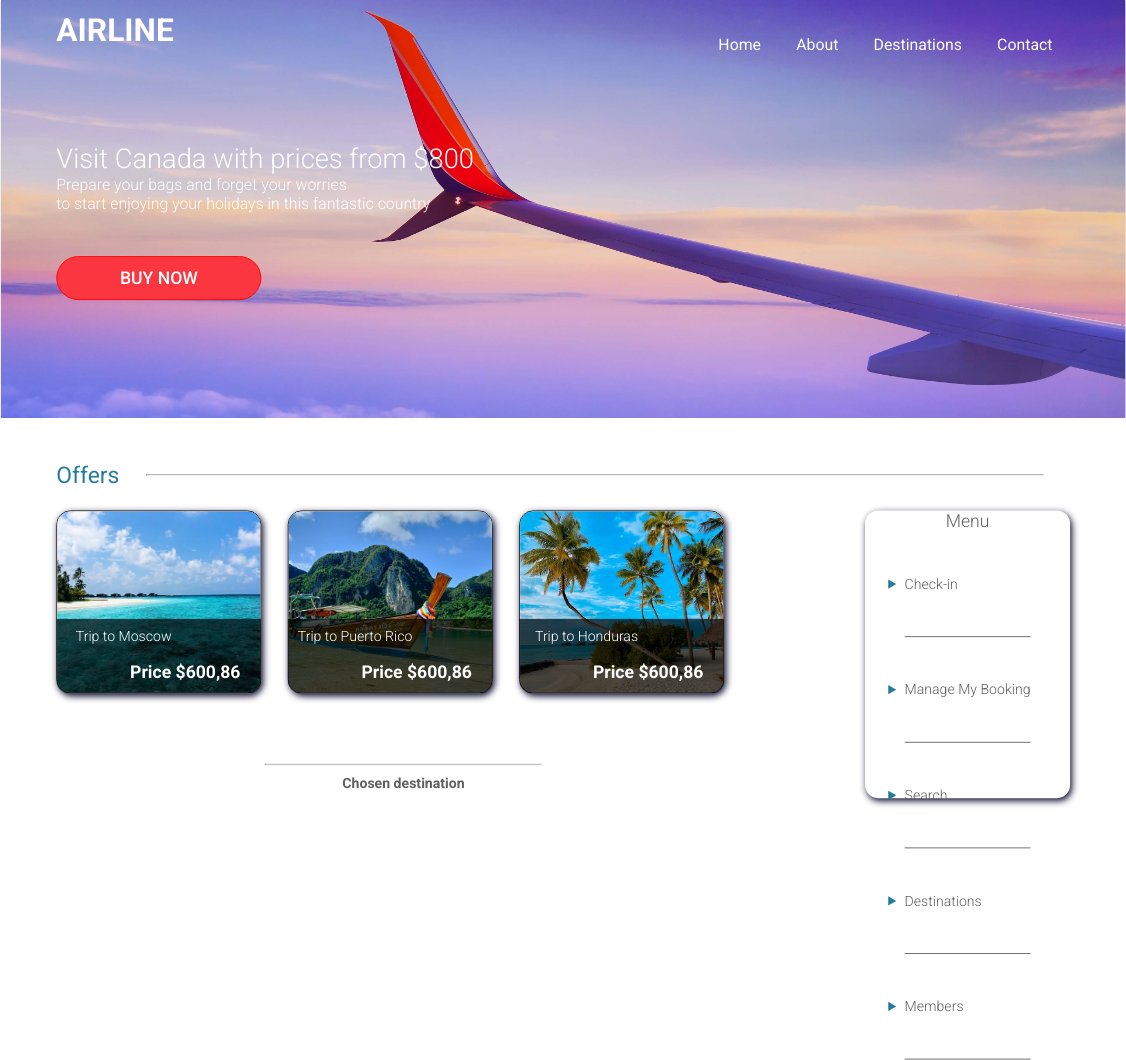
Repository: Cherced/AIRLINES
Page: /
An editor plug-in stored every save of this project. The page is shown before and after the next save, followed by the edit.
The browser window is 1280 px wide. The pictures show the whole page, at 88% of full size.
The project was rebuilt for these pictures with package versions that can differ from the ones it lists, and the page was loaded fresh each time. The framework's server and built-in components were replaced by stand-ins that run in the browser. Also part of the build but not shown: components/atoms/Footer/SocialMedia.jsx, components/atoms/Footer/MoreToUs.jsx, components/molecules/Footer.jsx.

Above is the page before, as saved 2022-06-30 15:00:17.

After the next save:
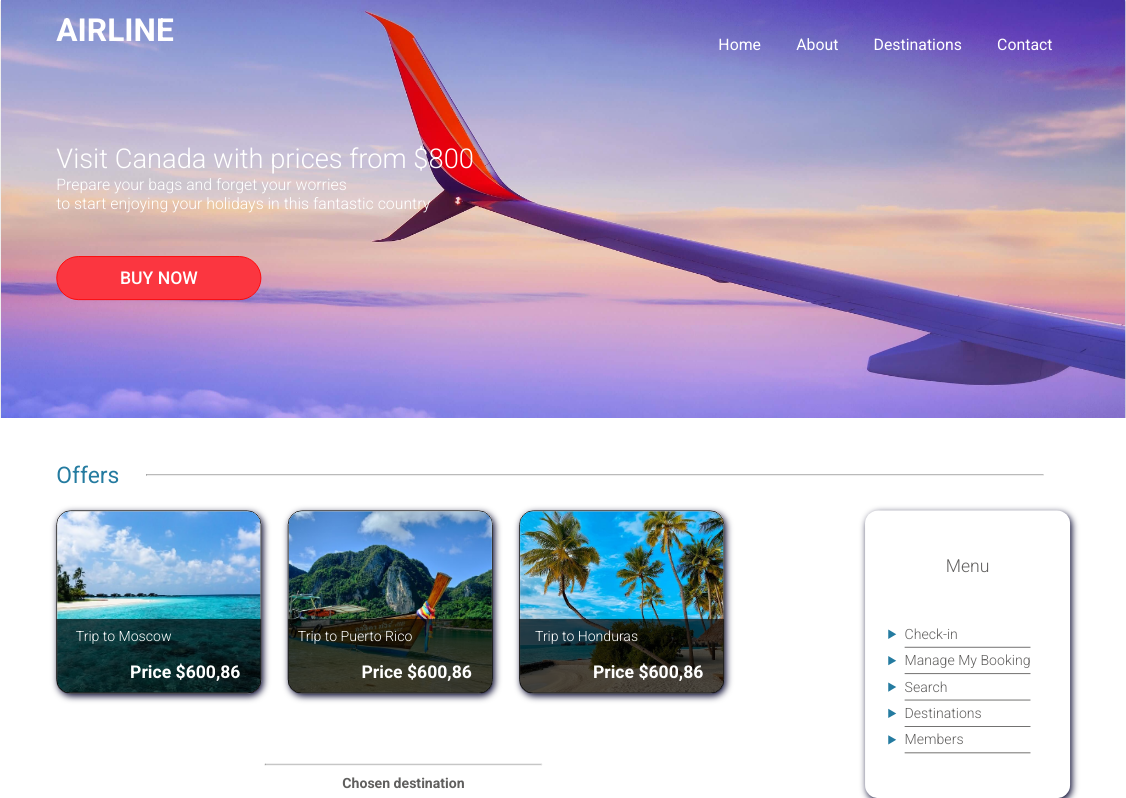
Saved 9 s later.
--- a/sass/Elements/_offerts.scss
+++ b/sass/Elements/_offerts.scss
@@ -133,7 +133,7 @@
                 color: #247BA0;
 
                 li {
-                    padding: 50px 0;
+                    padding: 5px 0;
                     a{
                         text-align: left;
                         font: normal normal 300 16px/19px Roboto;
